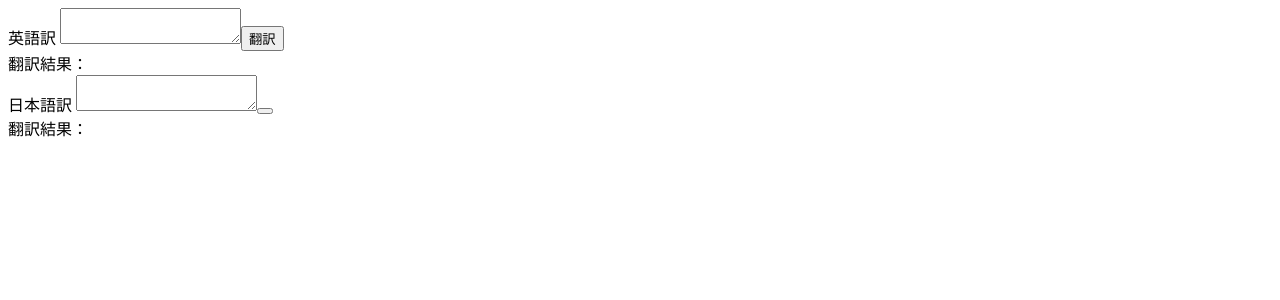
Repository: Reiya-1003/NuxtTS-Translate
Page: /
These files come from the project's save history. The page is drawn as it stood at one moment and after the next save; the edit follows.
The browser window is 1280 px wide. The pictures show the whole page.
The project was rebuilt for these pictures with package versions that can differ from the ones it lists, and the page was loaded fresh each time. The framework's server and built-in components were replaced by stand-ins that run in the browser. Also part of the build but not shown: nuxt.config.js, components/item.vue. Imported but missing from the stored project, and not drawn on this page: plugins/firebase.

Above is the page before, as saved 2022-01-27 14:18:28.

After the next save:
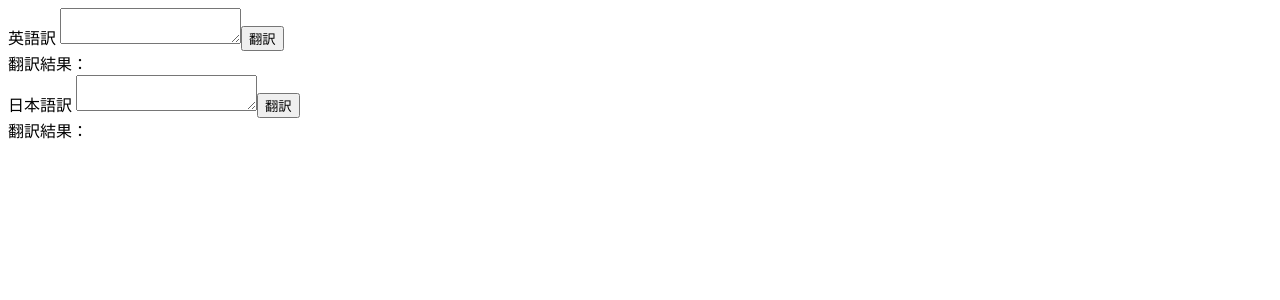
Saved 9 s later.
--- a/pages/index.vue
+++ b/pages/index.vue
@@ -12,7 +12,7 @@
      <div>
      <form>日本語訳
        <textarea v-model="english"></textarea>
-       <button type="button" @click="Jachange"></button>
+       <button type="button" @click="Jachange">翻訳</button>
      </form>
      <div>翻訳結果：{{Jaitems.text}}</div>
 
